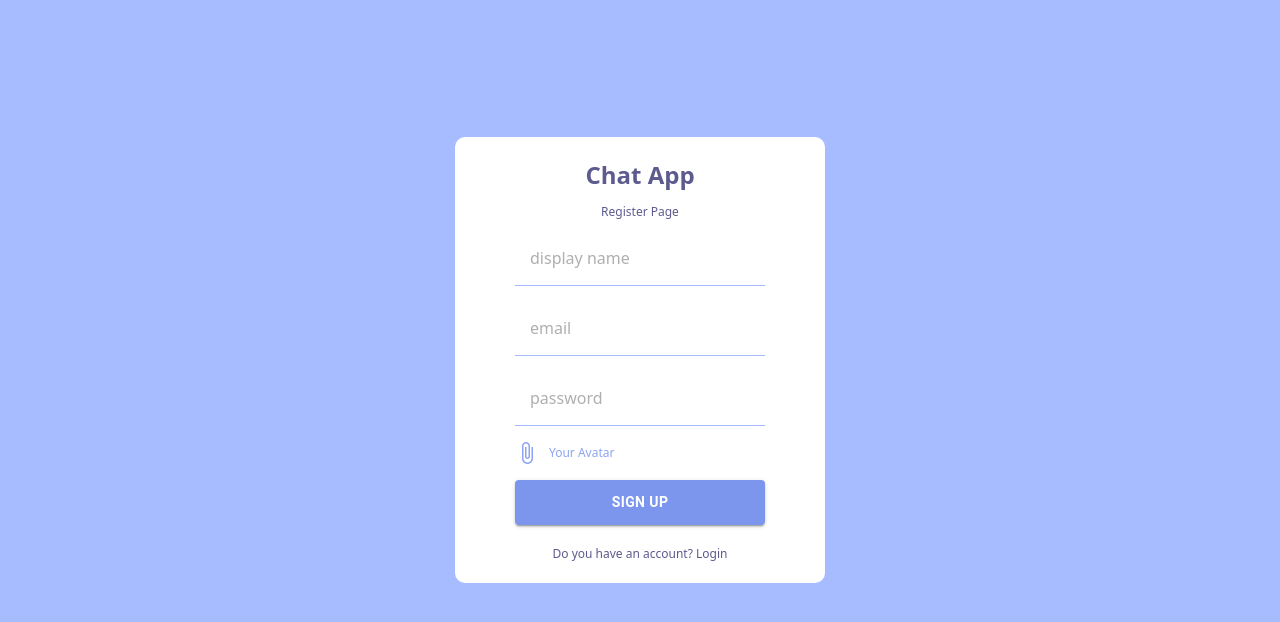
Repository: Nurlan-Bakenbaev/chat-app
Page: /register
An editor plug-in stored every save of this project. The page is shown before and after the next save, followed by the edit.
The browser window is 1280 px wide. The pictures show the whole page.
The project was rebuilt for these pictures with package versions that can differ from the ones it lists, and the page was loaded fresh each time. Also part of the build but not shown: vite.config.js, src/components/Search.jsx, src/components/Chats.jsx, src/components/Navbar.jsx, src/components/SideBar.jsx, src/components/Message.jsx, src/components/Messages.jsx, src/components/Input.jsx and 2 more. Imported but missing from the stored project, and not drawn on this page: src/pages/Login.

Above is the page before, as saved 2023-08-23 19:40:44.

### index.html
<!doctype html>
<html lang="en">
  <head>
    <meta charset="UTF-8" />
    <link rel="preconnect" href="https://fonts.googleapis.com">
<link rel="preconnect" href="https://fonts.gstatic.com" crossorigin>
<link href="https://fonts.googleapis.com/css2?family=Montserrat:wght@400;600&display=swap" rel="stylesheet">
    <link rel="icon" type="image/svg+xml" href="/vite.svg" />
    <meta name="viewport" content="width=device-width, initial-scale=1.0" />
    <title>Chat App</title>
  </head>
  <body>
    <div id="root"></div>
    <script type="module" src="/src/main.jsx"></script>
  </body>
</html>

### src/main.jsx
import React from "react";
import ReactDOM from "react-dom/client";
import App from "./App.jsx";
import "./index.css";
import { ChatContextProvider } from "./components/context/ChatContext.jsx";
import { AuthContextProvider } from "./components/context/AuthContext.jsx";
ReactDOM.createRoot(document.getElementById("root")).render(
  <AuthContextProvider>
    <ChatContextProvider>
      <React.StrictMode>
        <App />
      </React.StrictMode>
    </ChatContextProvider>
  </AuthContextProvider>
);

### src/App.jsx
import "./style.scss";
import "./App.css";
import { BrowserRouter, Routes, Route, Navigate } from "react-router-dom";
import Register from "./pages/Register";
import Home from "./pages/Home";
import Login from "./pages/Login";
import { useContext } from "react";
import { AuthContext } from "./components/context/AuthContext";

function App() {
  const { currentUser } = useContext(AuthContext);

  const ProtectedRoute = ({ children }) => {
    if (!currentUser) {
      return <Navigate to="/" />;
    }
    return children;
  };
  return (
    <BrowserRouter>
      <Routes>
        <Route path="/" element={<Login />} />
        <Route path="/register" element={<Register />} />
        <Route
          path="/home"
          index
          element={
            <ProtectedRoute>
              <Home />
            </ProtectedRoute>
          }
        />
      </Routes>
    </BrowserRouter>
  );
}

export default App;

### src/components/context/ChatContext.jsx
import { createContext, useContext, useReducer } from "react";
import { AuthContext } from "./AuthContext";

export const ChatContext = createContext();

export const ChatContextProvider = ({ children }) => {
  const { currentUser } = useContext(AuthContext);
  const INITIAL_STATE = {
    chatId: "null",
    user: {},
  };

  const chatReducer = (state, action) => {
    switch (action.type) {
      case "CHANGE_USER":
        return {
          user: action.payload,
          chatId:
            currentUser.uid > action.payload.uid
              ? currentUser.uid + action.payload.uid
              : action.payload.uid + currentUser.uid,
        };

      default:
        return state;
    }
  };

  const [state, dispatch] = useReducer(chatReducer, INITIAL_STATE);

  return (
    <ChatContext.Provider value={{ data: state, dispatch }}>
      {children}
    </ChatContext.Provider>
  );
};

### src/components/context/AuthContext.jsx
import { createContext, useEffect, useState } from "react";
import { auth } from "../../firebase";
import { onAuthStateChanged } from "firebase/auth";

export const AuthContext = createContext();

export const AuthContextProvider = ({ children }) => {
  const [currentUser, setCurrentUser] = useState({});

  useEffect(() => {
    const unsub = onAuthStateChanged(auth, (user) => {
      setCurrentUser(user);
      console.log(user);
    });

    return () => {
      unsub();
    };
  }, []);

  return (
    <AuthContext.Provider value={{ currentUser }}>
      {children}
    </AuthContext.Provider>
  );
};

### src/style.scss
@mixin mobile {
  @media screen and (max-width: 480px) {
    @content;
  }
}
@mixin tablet {
  @media screen and (max-width: 768px) {
    @content;
  }
}
@mixin laptop {
  @media screen and (max-width: 1200px) {
    @content;
  }
}

.formContainer {
  background-color: #a7bcff;
  height: 100vh;
  display: flex;
  align-items: center;
  justify-content: center;

  .formWrapper {
    background-color: white;
    padding: 20px 60px;
    border-radius: 10px;
    display: flex;
    flex-direction: column;
    gap: 10px;
    align-items: center;

    .logo {
      color: #5d5b8d;
      font-weight: bold;
      font-size: 24px;

    }

    .title {
      color: #5d5b8d;
      font-size: 12px;
    }

    form {
      display: flex;
      flex-direction: column;
      gap: 15px;

      input {
        padding: 15px;
        border: none;
        width: 250px;
        border-bottom: 1px solid #a7bcff;
        &::placeholder {
          color: rgb(175, 175, 175);
        }
      }

      button {
        background-color: #7b96ec;
        color: white;
        padding: 10px;
        font-weight: bold;
        border: none;
        cursor: pointer;
      }

      label {
        display: flex;
        align-items: center;
        gap: 10px;
        color: #8da4f1;
        font-size: 12px;
        cursor: pointer;

        img {
          width: 32px;
        }
      }
    }
    p {
      color: #5d5b8d;
      font-size: 12px;
      margin-top: 10px;
    }
  }
}

.home {
  background-color: #a7bcff;
  height: 100vh;
  display: flex;
  align-items: center;
  justify-content: center;

  .container {
    border: 1px solid white;
    border-radius: 10px;
    width: 65%;
    height: 80%;
    display: flex;
    overflow: hidden;
    @include tablet {
     width: 90%;
    }

    .sidebar {
      flex: 1;
      background-color: #3e3c61;
      position: relative;

      .navbar {
        display: flex;
        align-items: center;
        background-color: #2f2d52;
        height: 50px;
        padding: 10px;
        justify-content: space-between;
        color: #ddddf7;

        .logo {
          font-weight: bold;
          @include tablet {
            display: none;
          }
        }

        .user {
          display: flex;
          gap: 10px;

          img {
            background-color: #ddddf7;
            height: 24px;
            width: 24px;
            border-radius: 50%;
            object-fit: cover;
          }

          button {
            background-color: #5d5b8d;
            color: #ddddf7;
            font-size: 10px;
            border: none;
            cursor: pointer;
            @include tablet {
              position: absolute;
              bottom: 10px;
            }
          }
        }
      }
      .search {
        border-bottom: 1px solid gray;

        .searchForm {
          padding: 10px;

          input {
            background-color: transparent;
            border: none;
            color: white;
            outline: none;

            &::placeholder {
              color: lightgray;
            }
          }
        }
      }

      .userChat {
        padding: 10px;
        display: flex;
        align-items: center;
        gap: 10px;
        color: white;
        cursor: pointer;

        &:hover {
          background-color: #2f2d52;
        }

        img {
          width: 50px;
          height: 50px;
          border-radius: 50%;
          object-fit: cover;
        }

        .userChatInfo {
          span {
            font-size: 18px;
            font-weight: 500;
          }
          p {
            font-size: 14px;
            color: lightgray;
          }
        }
      }
    }
    .chat {
      flex: 2;

      .chatInfo {
        height: 50px;
        background-color: #5d5b8d;
        display: flex;
        align-items: center;
        justify-content: space-between;
        padding: 10px;
        color: lightgray;
      }

      .chatIcons {
        display: flex;
        gap: 10px;

        img {
          height: 24px;
          cursor: pointer;
        }
      }

      .messages {
        background-color: #ddddf7;
        padding: 10px;
        height: calc(100% - 160px);
        overflow: scroll;

        .message {
          display: flex;
          gap: 20px;
          margin-bottom: 20px;

          .messageInfo {
            display: flex;
            flex-direction: column;
            color: gray;
            font-weight: 300;

            img {
              width: 40px;
              height: 40px;
              border-radius: 50%;
              object-fit: cover;
            }
          }
          .messageContent {
            max-width: 80%;
            display: flex;
            flex-direction: column;
            gap: 10px;

            p {
              background-color: white;
              padding: 10px 20px;
              border-radius: 0px 10px 10px 10px;
              max-width: max-content;
            }

            img {
              width: 50%;
            }
          }

          &.owner {
            flex-direction: row-reverse;

            .messageContent {
              align-items: flex-end;
              p {
                background-color: #8da4f1;
                color: white;
                border-radius: 10px 0px 10px 10px;
              }
            }
          }
        }
      }

      .input {
        height: 50px;
        background-color: white;
        padding: 10px;
        display: flex;
        align-items: center;
        justify-content: space-between;

        input {
          width: 100%;
          border: none;
          outline: none;
          color: #2f2d52;
          font-size: 18px;

          &::placeholder {
            color: lightgray;
          }
        }

        .send {
          display: flex;
          align-items: center;
          gap: 10px;

          img {
            height: 24px;
            cursor: pointer;
          }

          button {
            border: none;
            padding: 10px 15px;
            color: white;
            background-color: #8da4f1;
            cursor: pointer;
          }
        }
      }
    }
  }
}

### src/pages/Register.jsx
import React, { useState } from "react";
import { createUserWithEmailAndPassword, updateProfile } from "firebase/auth";
import { auth, db, storage } from "../firebase";
import { ref, uploadBytesResumable, getDownloadURL } from "firebase/storage";
import { doc, setDoc } from "firebase/firestore";
import { useNavigate, Link } from "react-router-dom";
import AttachFileIcon from "@mui/icons-material/AttachFile";
import { Button } from "@mui/material";
const Register = () => {
  const [err, setErr] = useState(false);
  const [loading, setLoading] = useState(false);
  const navigate = useNavigate();

  const handleSubmit = async (e) => {
    setLoading(true);
    e.preventDefault();
    const displayName = e.target[0].value;
    const email = e.target[1].value;
    const password = e.target[2].value;
    const file = e.target[3].files[0];

    try {
      //Create user
      const res = await createUserWithEmailAndPassword(auth, email, password);

      //Create a unique image name
      const date = new Date().getTime();
      const storageRef = ref(storage, `${displayName + date}`);

      await uploadBytesResumable(storageRef, file).then(() => {
        getDownloadURL(storageRef).then(async (downloadURL) => {
          try {
            //Update profile
            await updateProfile(res.user, {
              displayName,
              photoURL: downloadURL,
            });
            //create user on firestore
            await setDoc(doc(db, "users", res.user.uid), {
              uid: res.user.uid,
              displayName,
              email,
              photoURL: downloadURL,
            });

            //create empty user chats on firestore
            await setDoc(doc(db, "userChats", res.user.uid), {});
            navigate("/home");
          } catch (err) {
            console.log(err);
            setErr(true);
            setLoading(false);
          }
        });
      });
    } catch (err) {
      setErr(true);
      setLoading(false);
    }
  };

  return (
    <div className="formContainer">
      <div className="formWrapper">
        <span className="logo">Chat App</span>
        <span className="title">Register Page</span>
        <form onSubmit={handleSubmit}>
          <input required type="text" placeholder="display name" />
          <input required type="email" placeholder="email" />
          <input required type="password" placeholder="password" />
          <input style={{ display: "none" }} type="file" id="file" />

            <label id="add_file" htmlFor="file">
              <AttachFileIcon />
              <span>Your Avatar</span>
            </label>
          <Button disabled={loading} variant="contained" color="success">
          Sign up
          </Button>
          {loading && "Uploading... "}
          {err && <span>Something went wrong</span>}
        </form>
        <p>
          Do you have an account? <Link to="/register">Login</Link>
        </p>
      </div>
    </div>
  );
};

export default Register;

### src/firebase.js
import { initializeApp } from "firebase/app";
import { getAuth } from "firebase/auth";
import { getFirestore } from "firebase/firestore";
import { getStorage } from "firebase/storage";

// Your web app's Firebase configuration
export const firebaseConfig = {
  apiKey: "AIzaSyBKQxRTlwDtZolWx5tuyYMwL2PQy8U3r-o",
  authDomain: "chatapp-e0ef2.firebaseapp.com",
  projectId: "chatapp-e0ef2",
  storageBucket: "chatapp-e0ef2.appspot.com",
  messagingSenderId: "155506867969",
  appId: "1:155506867969:web:94a613e7a42d1561806500",
};

// Initialize Firebase
export const app = initializeApp(firebaseConfig);
export const auth = getAuth();
export const storage = getStorage();
export const db = getFirestore();

Loaded but not shown: src/index.css (common file); src/App.css (common file); tailwind.config.js (common file)

After the next save:
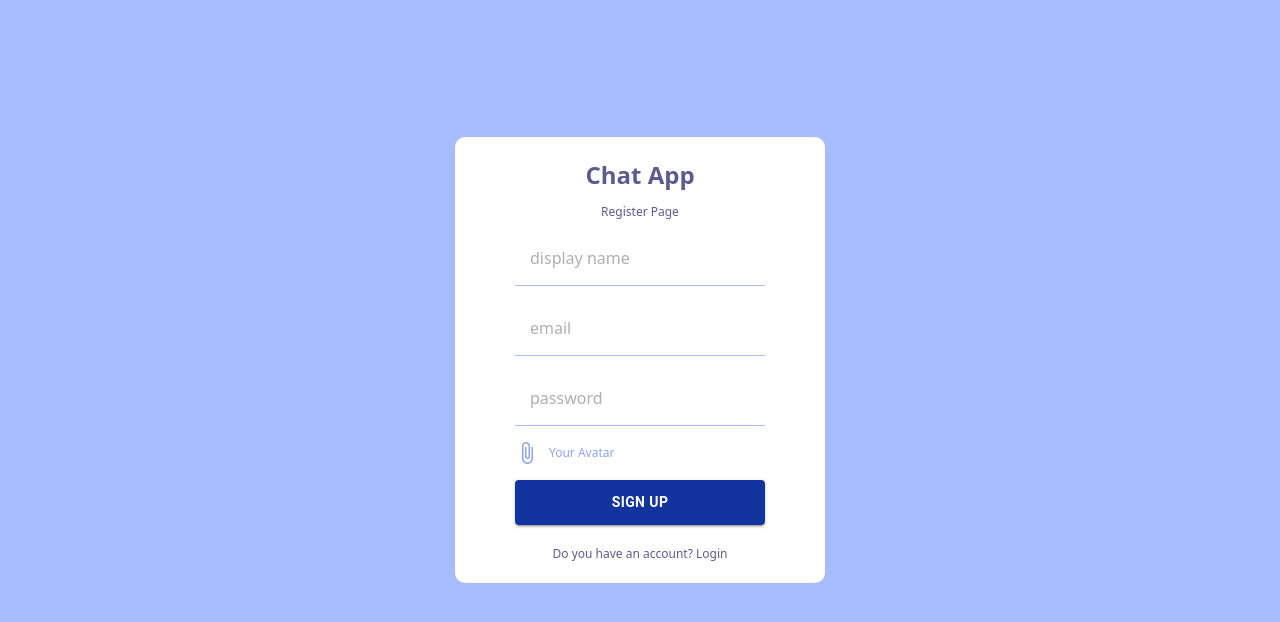
Saved 112 s later.
--- a/src/style.scss
+++ b/src/style.scss
@@ -58,7 +58,7 @@
       }
 
       button {
-        background-color: #7b96ec;
+        background-color: #13349e;
         color: white;
         padding: 10px;
         font-weight: bold;
